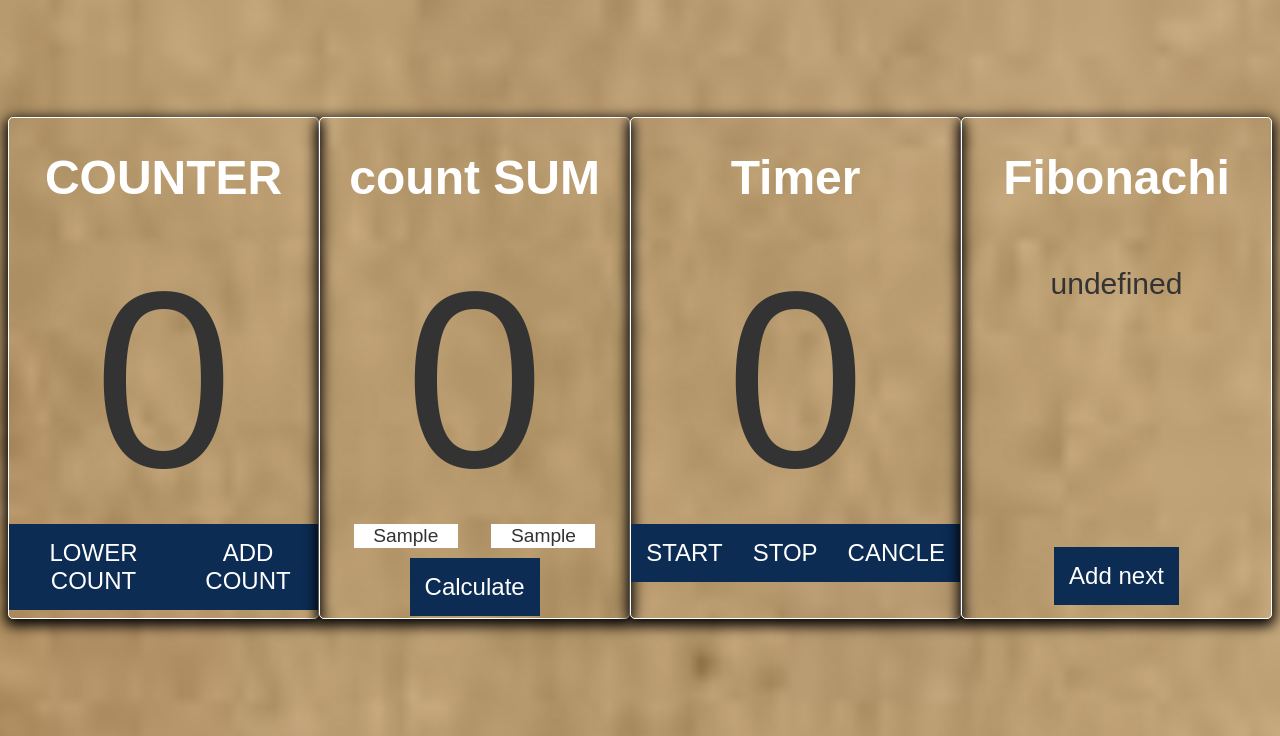
Repository: Hasmik-icml/counter
Page: index.html
The author's editor kept a copy of each file at every save. The page is drawn from the files as they stood at one save, then again after the next save.
The browser window is 1280 px wide. The pictures show the whole page.
Empty fields were first filled with sample values (such as "Sample", 5 or name@example.com).
After loading, the first visible `div.fibonachiButtons` was clicked once.

Above is the page before, as saved 2022-02-14 23:23:26.

After the next save:
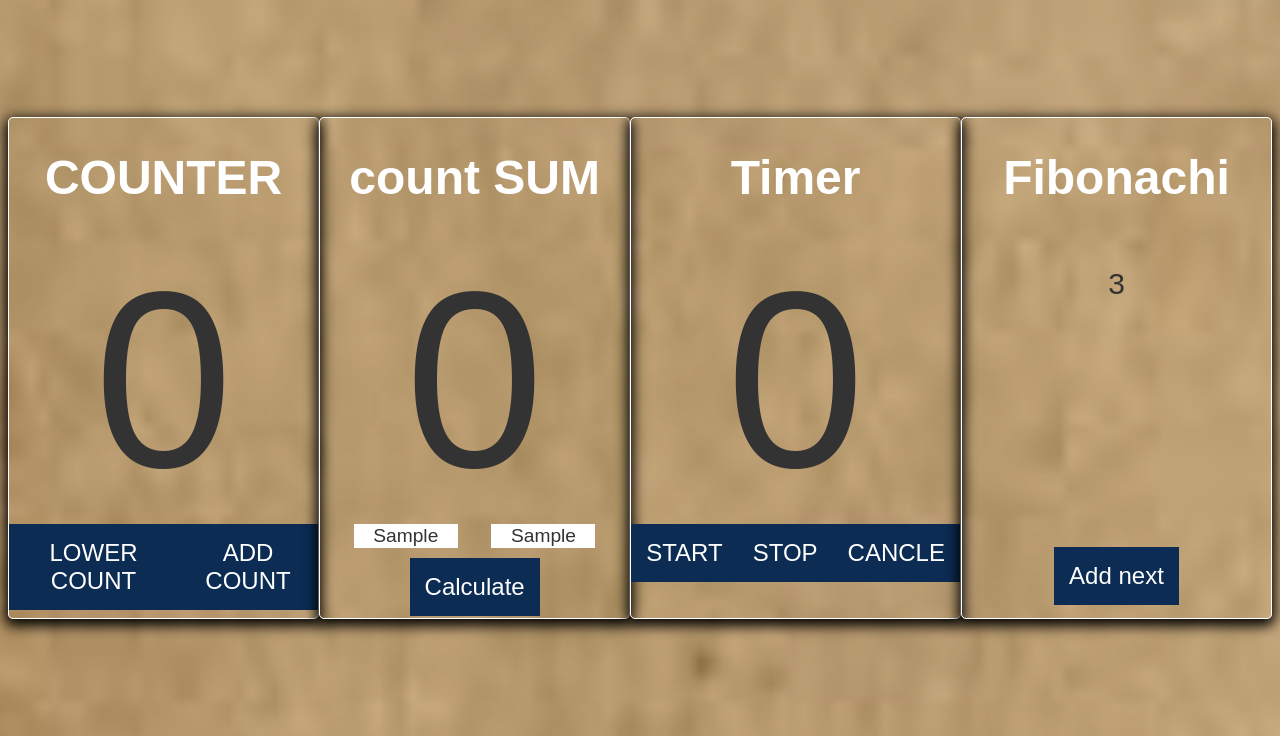
Saved 29 s later.
--- a/index.js
+++ b/index.js
@@ -76,5 +76,5 @@ document.querySelector(".fibonachiButtons").addEventListener("click",function(){
 
 
 function fib(next){
-    fibonachiNumbers.push(fibonachiNumbers[fibonachiNumbers.length] + fibonachiNumbers[fibonachiNumbers.length - 1]);
+   return fibonachiNumbers.push(fibonachiNumbers[fibonachiNumbers.length] + fibonachiNumbers[fibonachiNumbers.length - 1]);
 }
